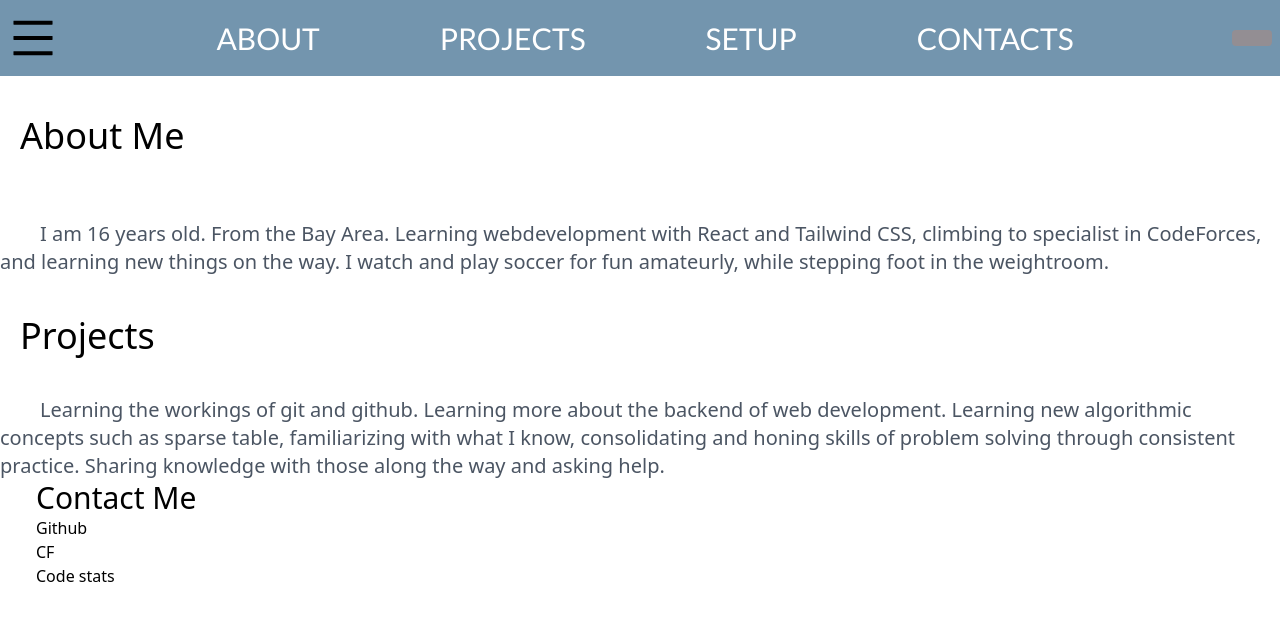
Repository: joshuayanggithub/joshua-yang-website
Page: /
An editor plug-in stored every save of this project. The page is shown before and after the next save, followed by the edit.
The browser window is 1280 px wide. The pictures show the whole page.
The project was rebuilt for these pictures with package versions that can differ from the ones it lists, and the page was loaded fresh each time.

Above is the page before, as saved 2023-01-07 17:38:42.

After the next save:
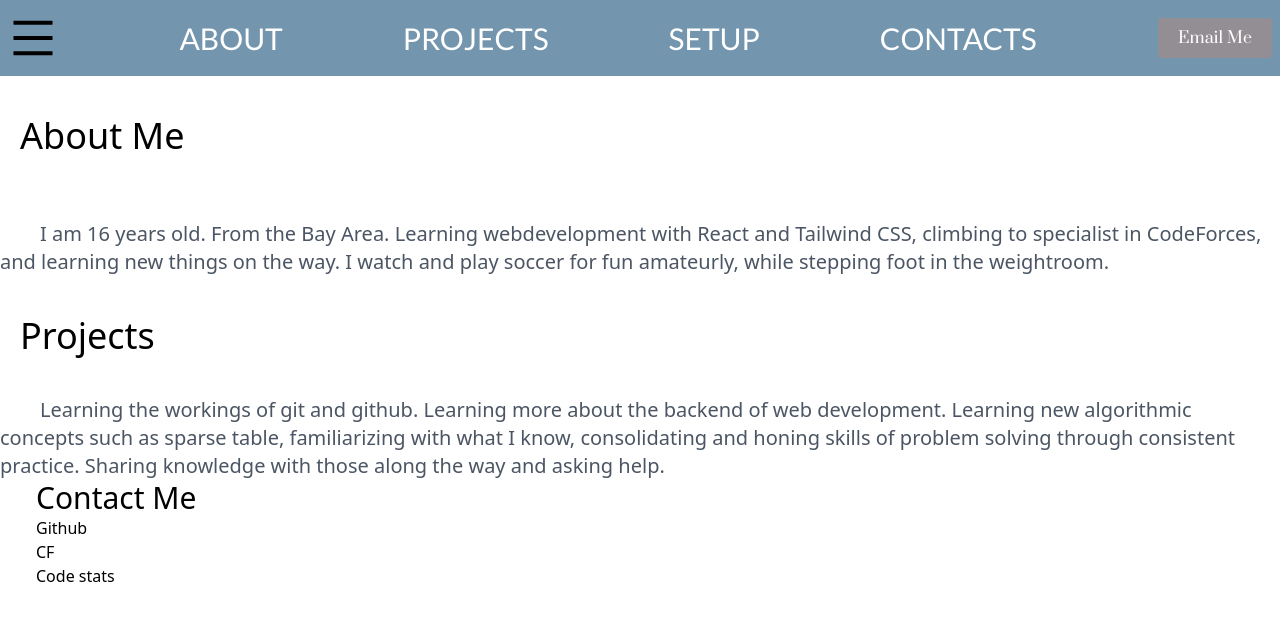
Saved 30 s later.
--- a/src/components/Button.jsx
+++ b/src/components/Button.jsx
@@ -3,7 +3,7 @@ import React from "react";
 const Button = (props) => {
   return (
     <button class="bg-sasgrey text-white font-body py-2  px-5 rounded">
-      {props.text}
+      {props.children}
     </button>
   );
 }
